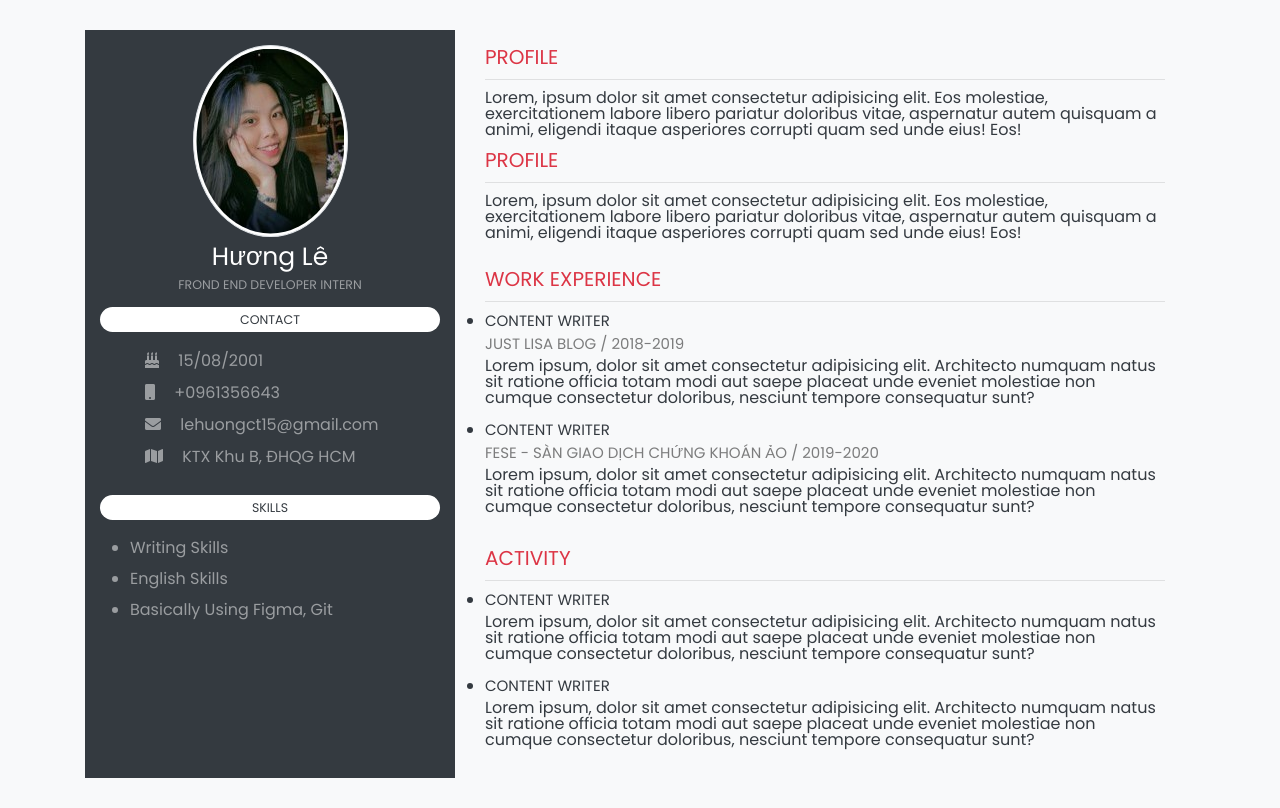
Repository: huongle158/cvhuongle
Page: index.html
An editor plug-in stored every save of this project. The page is shown before and after the next save, followed by the edit.
The browser window is 1280 px wide. The pictures show the whole page.
Some web libraries are served in a nearby version.

Above is the page before, as saved 2021-12-12 23:54:54.

After the next save:
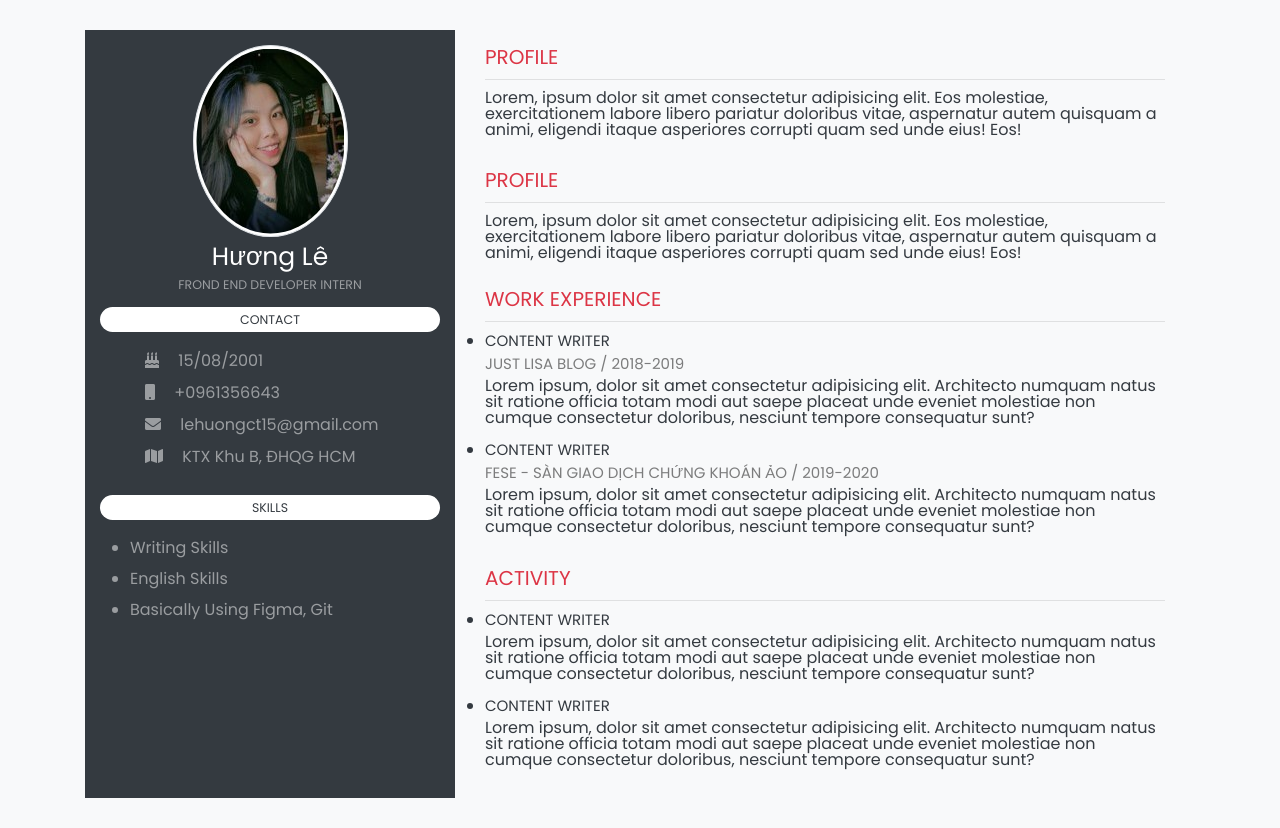
Saved 5 s later.
--- a/index.html
+++ b/index.html
@@ -73,7 +73,7 @@
         </div>
 
         <div class="col-lg-8 bg-light text-dark py-4 px-5">
-             <div class="header-right mb-6">
+             <div class="header-right mb-5">
                 <h2 class="text-uppercase text-danger">profile</h2>
                 <hr>
                 <p>Lorem, ipsum dolor sit amet consectetur adipisicing elit. Eos molestiae, exercitationem labore libero pariatur doloribus vitae, aspernatur autem quisquam a animi, eligendi itaque asperiores corrupti quam sed unde eius! Eos!</p>
